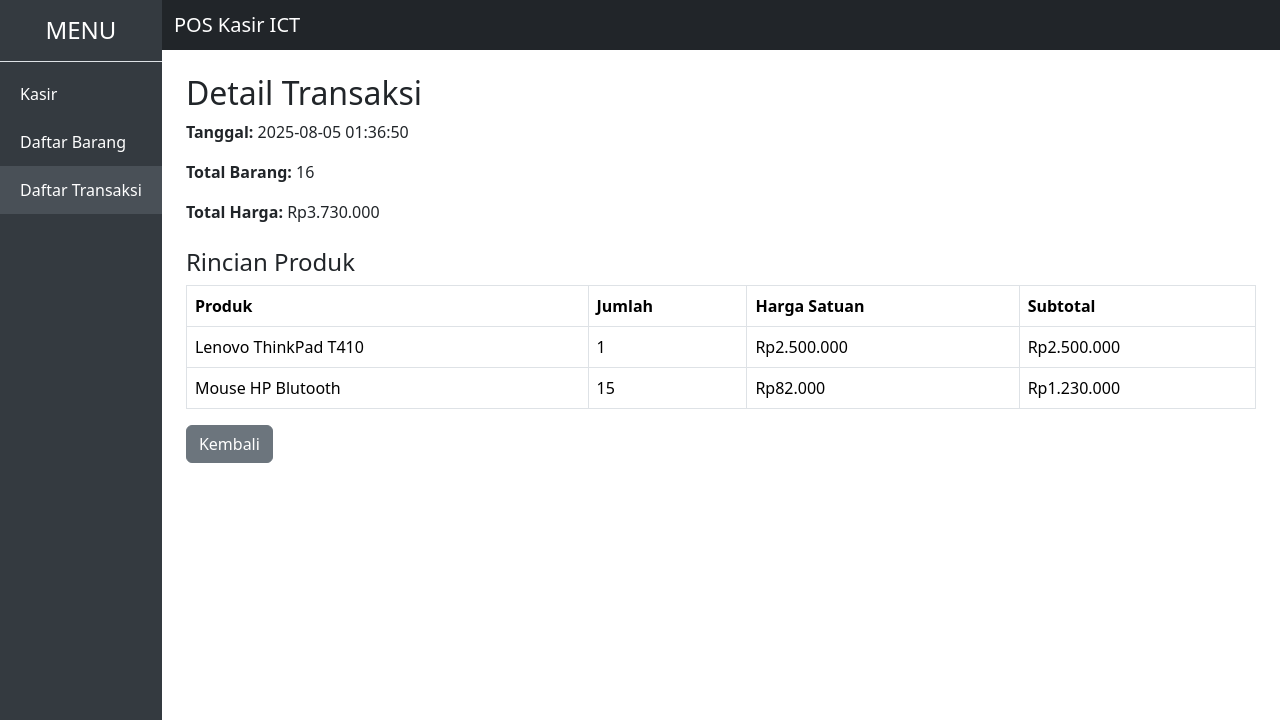
Repository: ekojt7/ekojatmiko_kasir_ict
Page: http://localhost/transaksis/5
These files come from the project's save history. The page is drawn as it stood at one moment and after the next save; the edit follows.
The browser window is 1280 px wide. The pictures show the whole page.
The page is served by the project's Laravel application, run on PHP 8.4 with Laravel 12. Other server files are loaded and not shown. The database holds what the project's SQL file puts in it.

Above is the page before, as saved 2025-08-04 21:11:18.

### routes/web.php
<?php

use Illuminate\Support\Facades\Route;
use App\Http\Controllers\BarangController;
use App\Http\Controllers\KasirController;
use App\Http\Controllers\TransaksiController;


Route::resource('barangs', BarangController::class);
Route::get('/kasir', [KasirController::class, 'index'])->name('kasir.index');
Route::post('/kasir', [KasirController::class, 'store'])->name('kasir.store');
Route::get('/transaksis', [TransaksiController::class, 'index'])->name('transaksi.index');
Route::get('/transaksis/{id}', [TransaksiController::class, 'show'])->name('transaksi.show');

### app/Http/Controllers/TransaksiController.php
<?php

namespace App\Http\Controllers;

use App\Models\Transaksi;
use Illuminate\Http\Request;

class TransaksiController extends Controller
{
    public function index()
    {
        $transaksis = Transaksi::orderBy('tanggal', 'desc')->get();
        return view('transaksi.index', compact('transaksis'));
    }

    public function show($id)
    {
        $transaksi = Transaksi::with('details.produk')->findOrFail($id);
        return view('transaksi.show', compact('transaksi'));
    }
}

### app/Models/Transaksi.php
<?php

namespace App\Models;

use Illuminate\Database\Eloquent\Model;

class Transaksi extends Model
{
    protected $fillable = ['tanggal', 'total_barang', 'total_harga'];

    public function details()
    {
        return $this->hasMany(DetailTransaksi::class, 'id_transaksi');
    }
}

### app/Models/DetailTransaksi.php
<?php

namespace App\Models;

use Illuminate\Database\Eloquent\Model;

class DetailTransaksi extends Model
{
    protected $fillable = ['id_transaksi', 'id_barang', 'harga', 'jumlah'];

    public function produk()
    {
        return $this->belongsTo(Barang::class, 'id_barang');
    }
}

### app/Models/Barang.php
<?php

namespace App\Models;

use Illuminate\Database\Eloquent\Factories\HasFactory;
use Illuminate\Database\Eloquent\Model;

class Barang extends Model
{
    use HasFactory;

    protected $fillable = ['kode_barang', 'nama_barang', 'harga'];
}

### resources/views/transaksi/show.blade.php
@extends('layout')

@section('content')
<div class="container">
    <h2>Detail Transaksi</h2>
    <p><strong>Tanggal:</strong> {{ $transaksi->tanggal }}</p>
    <p><strong>Total Barang:</strong> {{ $transaksi->total_barang }}</p>
    <p><strong>Total Harga:</strong> Rp{{ number_format($transaksi->total_harga, 0, ',', '.') }}</p>

    <h4 class="mt-4">Rincian Produk</h4>
    <table class="table table-bordered">
        <thead>
            <tr>
                <th>Produk</th>
                <th>Jumlah</th>
                <th>Harga Satuan</th>
                <th>Subtotal</th>
            </tr>
        </thead>
        <tbody>
            @foreach ($transaksi->details as $detail)
            <tr>
                <td>{{ $detail->produk->nama_barang }}</td>
                <td>{{ $detail->jumlah }}</td>
                <td>Rp{{ number_format($detail->harga, 0, ',', '.') }}</td>
                <td>Rp{{ number_format($detail->harga * $detail->jumlah , 0, ',', '.') }}</td>
            </tr>
            @endforeach
        </tbody>
    </table>

    <a href="{{ route('transaksi.index') }}" class="btn btn-secondary">Kembali</a>
</div>
@endsection

### resources/views/layout.blade.php
<!DOCTYPE html>
<html>
<head>
    <title>POS Kasir ICT</title>
    <link href="https://cdn.jsdelivr.net/npm/bootstrap@5.3.3/dist/css/bootstrap.min.css" rel="stylesheet">
    <style>
        body {
            min-height: 100vh;
        }
        .sidebar {
            min-height: 100vh;
            background-color: #343a40;
        }
        .sidebar a {
            color: #fff;
            padding: 12px 20px;
            display: block;
            text-decoration: none;
        }
        .sidebar a:hover {
            background-color: #495057;
        }
        .active {
            background-color: #495057;
        }
    </style>
</head>
<body>
    <div class="d-flex">
        <!-- Sidebar -->
        <div class="sidebar">
            <h4 class="text-white text-center py-3 border-bottom">MENU</h4>
            <a href="{{ url('/kasir') }}" class="{{ request()->is('kasir') ? 'active' : '' }}">Kasir</a>
            <a href="{{ route('barangs.index') }}" class="{{ request()->is('barangs*') ? 'active' : '' }}">Daftar Barang</a>
            <a href="{{ url('/transaksis') }}" class="{{ request()->is('transaksis*') ? 'active' : '' }}">Daftar Transaksi</a>
        </div>

        <!-- Main Content -->
        <div class="flex-grow-1">
            <!-- Navbar -->
            <nav class="navbar navbar-expand-lg navbar-dark bg-dark">
                <div class="container-fluid">
                    <span class="navbar-brand mb-0 h1">POS Kasir ICT</span>
                </div>
            </nav>

            <!-- Page Content -->
            <div class="container-fluid py-4">
                @yield('content')
            </div>
        </div>
    </div>

    <script src="https://cdn.jsdelivr.net/npm/bootstrap@5.3.3/dist/js/bootstrap.bundle.min.js"></script>
</body>
</html>

### ekojatmiko_kasir_ict.sql (the tables this page reads)
CREATE TABLE `barangs`  (
  `id` bigint UNSIGNED NOT NULL AUTO_INCREMENT,
  `kode_barang` varchar(255) CHARACTER SET utf8mb4 COLLATE utf8mb4_0900_ai_ci NOT NULL,
  `nama_barang` varchar(255) CHARACTER SET utf8mb4 COLLATE utf8mb4_0900_ai_ci NOT NULL,
  `harga` int NOT NULL,
  `created_at` timestamp NULL DEFAULT NULL,
  `updated_at` timestamp NULL DEFAULT NULL,
  PRIMARY KEY (`id`) USING BTREE,
  UNIQUE INDEX `barangs_kode_barang_unique`(`kode_barang` ASC) USING BTREE
) ENGINE = InnoDB AUTO_INCREMENT = 8 CHARACTER SET = utf8mb4 COLLATE = utf8mb4_0900_ai_ci ROW_FORMAT = Dynamic;

INSERT INTO `barangs` VALUES (1, 'L00001', 'Lenovo ThinkPad T410', 2500000, '2025-08-04 13:18:31', '2025-08-04 13:18:31');

INSERT INTO `barangs` VALUES (2, 'M00001', 'Mouse HP Blutooth', 82000, '2025-08-04 13:19:06', '2025-08-04 13:19:18');

INSERT INTO `barangs` VALUES (4, 'K00001', 'HVS A3a', 1000, '2025-08-04 13:32:08', '2025-08-04 14:24:55');

INSERT INTO `barangs` VALUES (6, 'K0001', 'Kabel USB Extension', 125000, '2025-08-04 15:00:32', '2025-08-04 15:00:32');

INSERT INTO `barangs` VALUES (7, 'K0002', 'Kabel LAN', 25000, '2025-08-04 15:03:09', '2025-08-04 15:03:09');

CREATE TABLE `detail_transaksis`  (
  `id` bigint UNSIGNED NOT NULL AUTO_INCREMENT,
  `id_transaksi` bigint UNSIGNED NOT NULL,
  `id_barang` bigint UNSIGNED NOT NULL,
  `harga` int NOT NULL,
  `jumlah` int NOT NULL,
  `created_at` timestamp NULL DEFAULT NULL,
  `updated_at` timestamp NULL DEFAULT NULL,
  PRIMARY KEY (`id`) USING BTREE,
  INDEX `detail_transaksis_id_transaksi_foreign`(`id_transaksi` ASC) USING BTREE,
  INDEX `detail_transaksis_id_barang_foreign`(`id_barang` ASC) USING BTREE,
  CONSTRAINT `detail_transaksis_id_barang_foreign` FOREIGN KEY (`id_barang`) REFERENCES `barangs` (`id`) ON DELETE CASCADE ON UPDATE RESTRICT,
  CONSTRAINT `detail_transaksis_id_transaksi_foreign` FOREIGN KEY (`id_transaksi`) REFERENCES `transaksis` (`id`) ON DELETE CASCADE ON UPDATE RESTRICT
) ENGINE = InnoDB AUTO_INCREMENT = 13 CHARACTER SET = utf8mb4 COLLATE = utf8mb4_0900_ai_ci ROW_FORMAT = Dynamic;

INSERT INTO `detail_transaksis` VALUES (1, 1, 1, 2500000, 2, '2025-08-04 13:49:03', '2025-08-04 13:49:03');

INSERT INTO `detail_transaksis` VALUES (2, 1, 4, 1000, 10, '2025-08-04 13:49:03', '2025-08-04 13:49:03');

INSERT INTO `detail_transaksis` VALUES (3, 1, 2, 82000, 5, '2025-08-04 13:49:03', '2025-08-04 13:49:03');

INSERT INTO `detail_transaksis` VALUES (4, 2, 2, 82000, 15, '2025-08-04 14:33:34', '2025-08-04 14:33:34');

INSERT INTO `detail_transaksis` VALUES (5, 2, 1, 2500000, 2, '2025-08-04 14:33:34', '2025-08-04 14:33:34');

INSERT INTO `detail_transaksis` VALUES (6, 3, 1, 2500000, 3, '2025-08-04 14:34:20', '2025-08-04 14:34:20');

INSERT INTO `detail_transaksis` VALUES (7, 3, 4, 1000, 1000, '2025-08-04 14:34:20', '2025-08-04 14:34:20');

INSERT INTO `detail_transaksis` VALUES (8, 4, 2, 82000, 8, '2025-08-05 01:35:18', '2025-08-05 01:35:18');

INSERT INTO `detail_transaksis` VALUES (9, 4, 6, 125000, 1, '2025-08-05 01:35:18', '2025-08-05 01:35:18');

INSERT INTO `detail_transaksis` VALUES (10, 4, 7, 25000, 10, '2025-08-05 01:35:18', '2025-08-05 01:35:18');

INSERT INTO `detail_transaksis` VALUES (11, 5, 1, 2500000, 1, '2025-08-05 01:36:50', '2025-08-05 01:36:50');

INSERT INTO `detail_transaksis` VALUES (12, 5, 2, 82000, 15, '2025-08-05 01:36:50', '2025-08-05 01:36:50');

CREATE TABLE `transaksis`  (
  `id` bigint UNSIGNED NOT NULL AUTO_INCREMENT,
  `tanggal` datetime NOT NULL,
  `total_barang` int NOT NULL,
  `total_harga` int NOT NULL,
  `created_at` timestamp NULL DEFAULT NULL,
  `updated_at` timestamp NULL DEFAULT NULL,
  PRIMARY KEY (`id`) USING BTREE
) ENGINE = InnoDB AUTO_INCREMENT = 6 CHARACTER SET = utf8mb4 COLLATE = utf8mb4_0900_ai_ci ROW_FORMAT = Dynamic;

INSERT INTO `transaksis` VALUES (1, '2025-08-04 13:49:03', 17, 5420000, '2025-08-04 13:49:03', '2025-08-04 13:49:03');

INSERT INTO `transaksis` VALUES (2, '2025-08-04 14:33:34', 17, 6230000, '2025-08-04 14:33:34', '2025-08-04 14:33:34');

INSERT INTO `transaksis` VALUES (3, '2025-08-04 14:34:20', 1003, 8500000, '2025-08-04 14:34:20', '2025-08-04 14:34:20');

INSERT INTO `transaksis` VALUES (4, '2025-08-05 01:35:18', 19, 1031000, '2025-08-05 01:35:18', '2025-08-05 01:35:18');

INSERT INTO `transaksis` VALUES (5, '2025-08-05 01:36:50', 16, 3730000, '2025-08-05 01:36:50', '2025-08-05 01:36:50');

Loaded but not shown: app/Http/Controllers/Controller.php (common file)

After the next save:
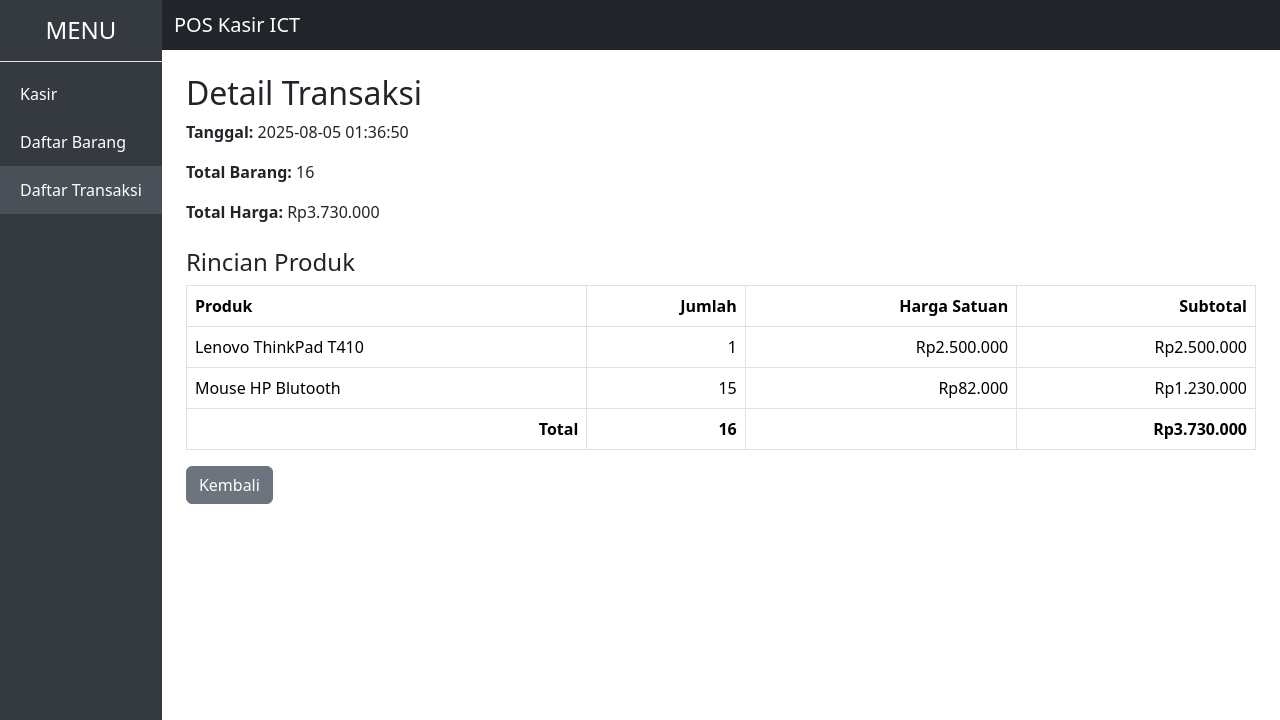
Saved 3 min 16 s later.
--- a/resources/views/transaksi/show.blade.php
+++ b/resources/views/transaksi/show.blade.php
@@ -12,21 +12,29 @@
         <thead>
             <tr>
                 <th>Produk</th>
-                <th>Jumlah</th>
-                <th>Harga Satuan</th>
-                <th>Subtotal</th>
+                <th class="text-end">Jumlah</th>
+                <th class="text-end">Harga Satuan</th>
+                <th class="text-end">Subtotal</th>
             </tr>
         </thead>
         <tbody>
             @foreach ($transaksi->details as $detail)
             <tr>
                 <td>{{ $detail->produk->nama_barang }}</td>
-                <td>{{ $detail->jumlah }}</td>
-                <td>Rp{{ number_format($detail->harga, 0, ',', '.') }}</td>
-                <td>Rp{{ number_format($detail->harga * $detail->jumlah , 0, ',', '.') }}</td>
+                <td class="text-end">{{ $detail->jumlah }}</td>
+                <td class="text-end">Rp{{ number_format($detail->harga, 0, ',', '.') }}</td>
+                <td class="text-end">Rp{{ number_format($detail->harga * $detail->jumlah , 0, ',', '.') }}</td>
             </tr>
             @endforeach
         </tbody>
+        <tfoot>
+            <tr>
+                <th class="text-end">Total</th>
+                <th class="text-end">{{ $transaksi->total_barang }}</th>
+                <th></th>
+                <th class="text-end">Rp{{ number_format($transaksi->total_harga, 0, ',', '.') }}</th>
+            </tr>
+        </tfoot>
     </table>
 
     <a href="{{ route('transaksi.index') }}" class="btn btn-secondary">Kembali</a>
